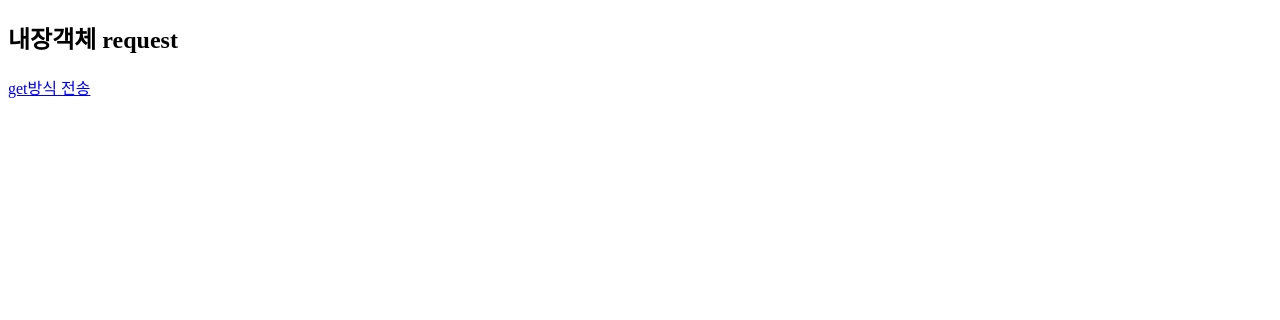
Repository: design-view/jspstudy
Page: http://localhost/GreenJsp/02implicitObject/requestpage.jsp
The author's editor kept a copy of each file at every save. The page is drawn from the files as they stood at one save, then again after the next save.
The browser window is 1280 px wide. The pictures show the whole page.
The page is served by Tomcat 9. Nobody is signed in. The application's start-up code is not run. Other server files are loaded and not shown.

Above is the page before, as saved 2024-01-09 06:08:49.

### GreenJsp/src/main/webapp/02implicitObject/requestpage.jsp
<%@ page language="java" contentType="text/html; charset=UTF-8"
    pageEncoding="UTF-8"%>
<!--  02implicitObject폴더 requestpage.jsp -->
<!DOCTYPE html>
<html>
<head>
<meta charset="UTF-8">
<title>Insert title here</title>
</head>
<body>
	<h2>내장객체 request</h2>
	<a href="requestinfo.jsp?username=green&userpass=1234">get방식 전송</a>
</body>
</html>

After the next save:
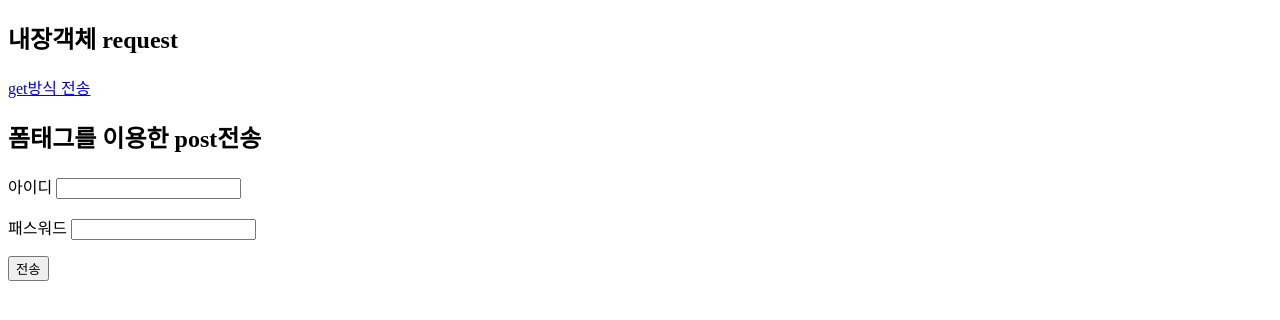
Saved 14 min 31 s later.
--- a/GreenJsp/src/main/webapp/02implicitObject/requestpage.jsp
+++ b/GreenJsp/src/main/webapp/02implicitObject/requestpage.jsp
@@ -10,5 +10,12 @@
 <body>
 	<h2>내장객체 request</h2>
 	<a href="requestinfo.jsp?username=green&userpass=1234">get방식 전송</a>
+
+	<h2>폼태그를 이용한 post전송</h2>
+	<form method="post" action="requestinfo.jsp">
+		<p>아이디 <input type="text" name="userId" /></p>
+		<p>패스워드 <input type="text" name="userPw" /></p>
+		<p><input type="submit" value="전송"></p>
+	</form>
 </body>
 </html>
